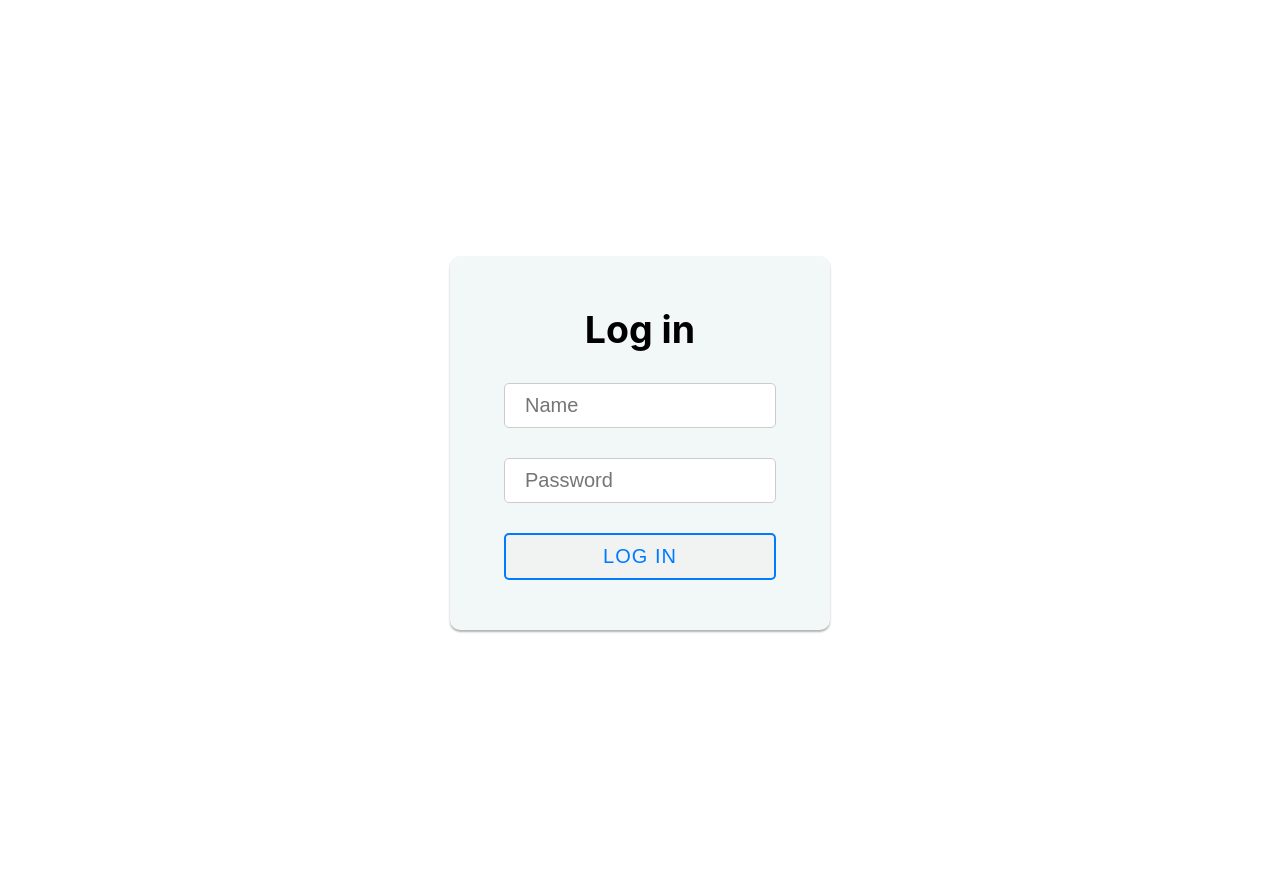
Repository: superHotBob/admin_nftillion
Page: /users
The author's editor kept a copy of each file at every save. The page is drawn from the files as they stood at one save, then again after the next save.
The browser window is 1280 px wide. The pictures show the whole page.
The project was rebuilt for these pictures with package versions that can differ from the ones it lists, and the page was loaded fresh each time. Also part of the build but not shown: src/components/Users/styles.scss, src/components/NavPanel/styles.scss, src/components/Collections/styles.scss, src/components/Collections/index.js.

Above is the page before, as saved 2022-04-23 08:31:35.

### src/index.js
import React from "react";
import ReactDOM from "react-dom/client";
import "./index.css";
import { BrowserRouter } from "react-router-dom";
import "./index.css";
import App from "./App";

import reportWebVitals from "./reportWebVitals";

const root = ReactDOM.createRoot(document.getElementById("root"));
root.render(
  <React.StrictMode>
    <BrowserRouter>
      <App />
    </BrowserRouter>
  </React.StrictMode>
);

// If you want to start measuring performance in your app, pass a function
// to log results (for example: reportWebVitals(console.log))
// or send to an analytics endpoint. Learn more: https://bit.ly/CRA-vitals
reportWebVitals();

### src/App.js
import * as React from "react";
import { Routes, Route } from "react-router-dom";
import { Home } from "./components/Home";
import { Users } from "./components/Users";
import './App.css';
import { Collections } from "./components/Collections";

function App() {
  return (
    <div className="App">
    <Routes>
        <Route path="/" element={<Home />} />
        <Route path="users" element={<Users />} />
        <Route path="collections" element={<Collections />} />
      </Routes>
    </div>
  );
}

export default App;

### src/components/Home/index.js
import * as React from "react";
import "./styles.scss";
import axios from "axios";
import { useNavigate } from "react-router-dom";

export const Home = () => {
  const [password, setPassword] = React.useState("");
  const [name, setName] = React.useState("");
  let navigate = useNavigate();

  function login(event) {
    event.preventDefault();
    axios
      .post(`https://jsonplaceholder.typicode.com/users`, {
        name: name,
        password: password,
      })
      .then((res) => {
        console.log(res.data);
        if (res.data.name === "bob") {
          localStorage.setItem("name", res.data.name);
          navigate("/users");
        } else {
          navigate("/");
        }
      });
  }
  return (
    <div className="mainblock">
      <h2>Log in</h2>
      <form onSubmit={login}>
        <label>

          <input
            type="text"
            value={name}
            required
            onChange={(e) => setName(e.target.value)}
            placeholder="Name"
          />
        </label>
        <label>

          <input
            type="password"
            value={password}
            required
            onChange={(e) => setPassword(e.target.value)}
            placeholder="Password"
          />
        </label>
        <button type="submit">Log in</button>
      </form>
    </div>
  );
};

### src/components/Users/index.js
import * as React from "react";
import axios from "axios";
import { useNavigate } from "react-router-dom";

import "./styles.scss";

import { NavPanel } from "../NavPanel";

export const Users = () => {
  let navigate = useNavigate();
  const name = localStorage.getItem("name");
  const [data, setData] = React.useState([]);

  React.useEffect(() => {
    name
      ? axios.get(`https://jsonplaceholder.typicode.com/users`).then((res) => {
          console.log(res.data);
          setData(res.data);
        })
      : navigate("/");
  }, [name,navigate]);

  return (
    <>
      <NavPanel />
      <h1 className="header">List of users</h1>
      <div className="mainblockuser">
        <header>
          <span>wallet</span>
          <span>date reg.</span>
          <span>date last auth</span>
          <span>count collections</span>
          <span>count NFTs</span>
        </header>
        <section>
          {data.map((i) => (
            <p className="data">
              <span>{i.id}</span>
              <span>{i.name}</span>
              <span>{i.username}</span>
              <span>{i.email}</span>
              <span>{i.phone}</span>
            </p>
          ))}
        </section>
      </div>
    </>
  );
};

### src/components/Home/styles.scss
$submit: #007bff;
$white: #F1F2F2;
$transition: all 0.25s ease-in-out;
.mainblock {
    width: 340px;
    height: auto;
    padding: 20px;
    background-color: #f2f7f7;
    margin: 20vw auto;
    box-shadow: 0px 2px 2px rgb(0 0 0 / 30%);
    border-radius: 10px;
    font-size: 25px;
    input, button {
        font-size: 20px;
        padding: 10px 20px;
        display: block;
        width: 100%;
        border-radius: 5px;
        border: 1px solid #ccc;
        margin: 10px auto 20px;
        cursor: pointer;
        box-sizing: border-box;
        outline: none;
    }
    label, button {
        width: 80%;
        text-align: left;
        margin: 0 auto 30px;
        display: block;
    }
    button {
        text-align: center;
    }

    @mixin mybutton($color_1, $color_2) {
        border: 2px solid $color_1;

        letter-spacing: 1px;
        text-transform: uppercase;
          color: $color_1;
        background-color: $color_2;
          transition: $transition;
          &:hover {
              background-color: $color_1;
              border-color: $color_1;
              color: $color_2;
          }
          &:active {
              background-color: $color_1;
              border-color: $color_1;
              color: $color_2;
              box-shadow: none;
          }
          &:focus, &:active:focus {
              background-color: $color_1;
              border-color: $color_1;
              color: $color_2;
              outline: 5px auto $color_1;
          }
      }

    button {

            @include mybutton($submit, $white);

    }
}

### src/components/NavPanel/index.js
import "./styles.scss";
import { NavLink } from "react-router-dom";
export const NavPanel = () => {
  return (
    <div className="mainNavBlock">
      <NavLink
        style={({ isActive }) => {
          return {
            display: "block",
            padding: 20,
            textDecoration: "none",
            width: "45%",
            backgroundColor: isActive ? "#c0c0c0" : "whitw",
            color: !isActive ? "#c0c0c0" : "white",
          };
        }}
        to="/users"
      >
        USERS
      </NavLink>
      <NavLink
        style={({ isActive }) => {
          return {
            display: "block",
            width: "45%",
            textDecoration: "none",
            padding: 20,
            backgroundColor: isActive ? "#c0c0c0" : "white",
            color: !isActive ? "#c0c0c0" : "white",
          };
        }}
        to="/collections"
      >
        COLLECTIONS
      </NavLink>
      <NavLink
        to="/"
        style={{
          display: "block",
          width: "10%",
          textDecoration: "none",
          padding: 20,
          color: '#000',
          borderLeft: '1px solid #ddd'
        }}
      >
        sign out
      </NavLink>
    </div>
  );
};

Loaded but not shown: public/index.html (common file); src/index.css (common file); src/reportWebVitals.js (common file); src/App.css (common file)

After the next save:
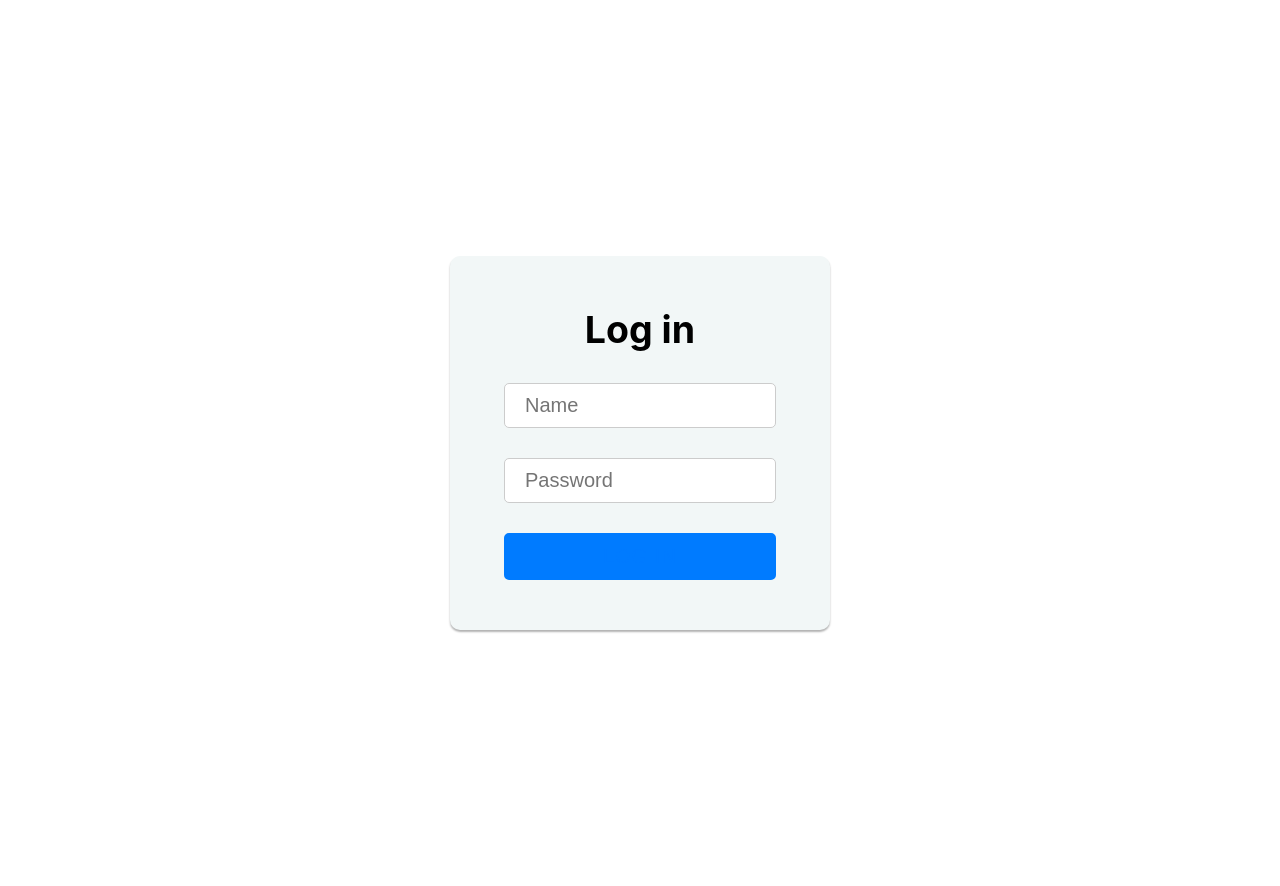
Saved 54 s later.
--- a/src/components/Home/styles.scss
+++ b/src/components/Home/styles.scss
@@ -1,5 +1,5 @@
 $submit: #007bff;
-$white: #F1F2F2;
+$white: #007bff;
 $transition: all 0.25s ease-in-out;
 .mainblock {
     width: 340px;
